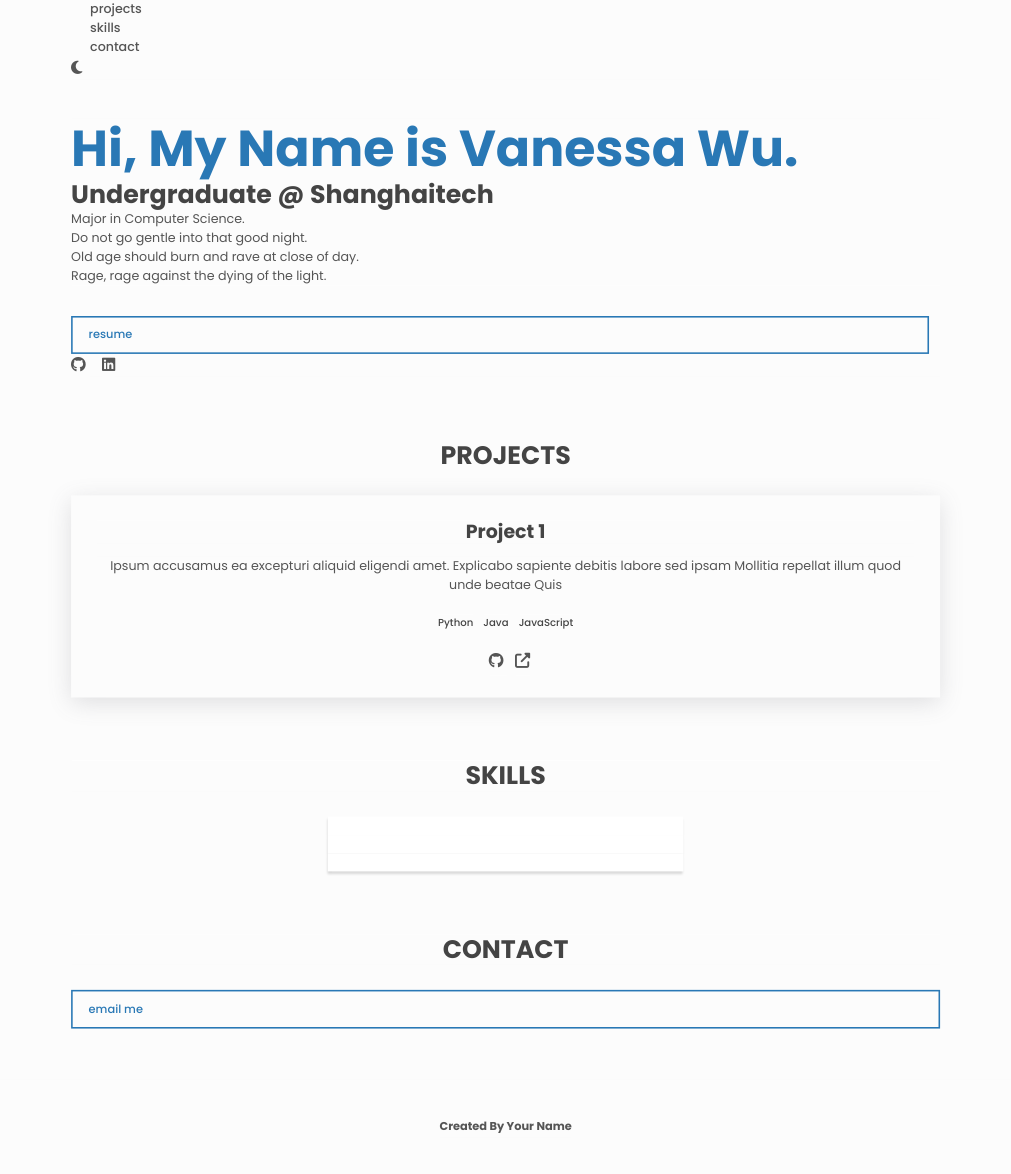
Repository: indiansummer1022/Cubstart
Page: Web Track/hw1/index.html
The author's editor kept a copy of each file at every save. The page is drawn from the files as they stood at one save, then again after the next save.
The browser window is 1280 px wide. The pictures show the whole page, at 79% of full size.
Some web libraries are served in a nearby version.

Above is the page before, as saved 2022-02-15 21:20:28.

After the next save:
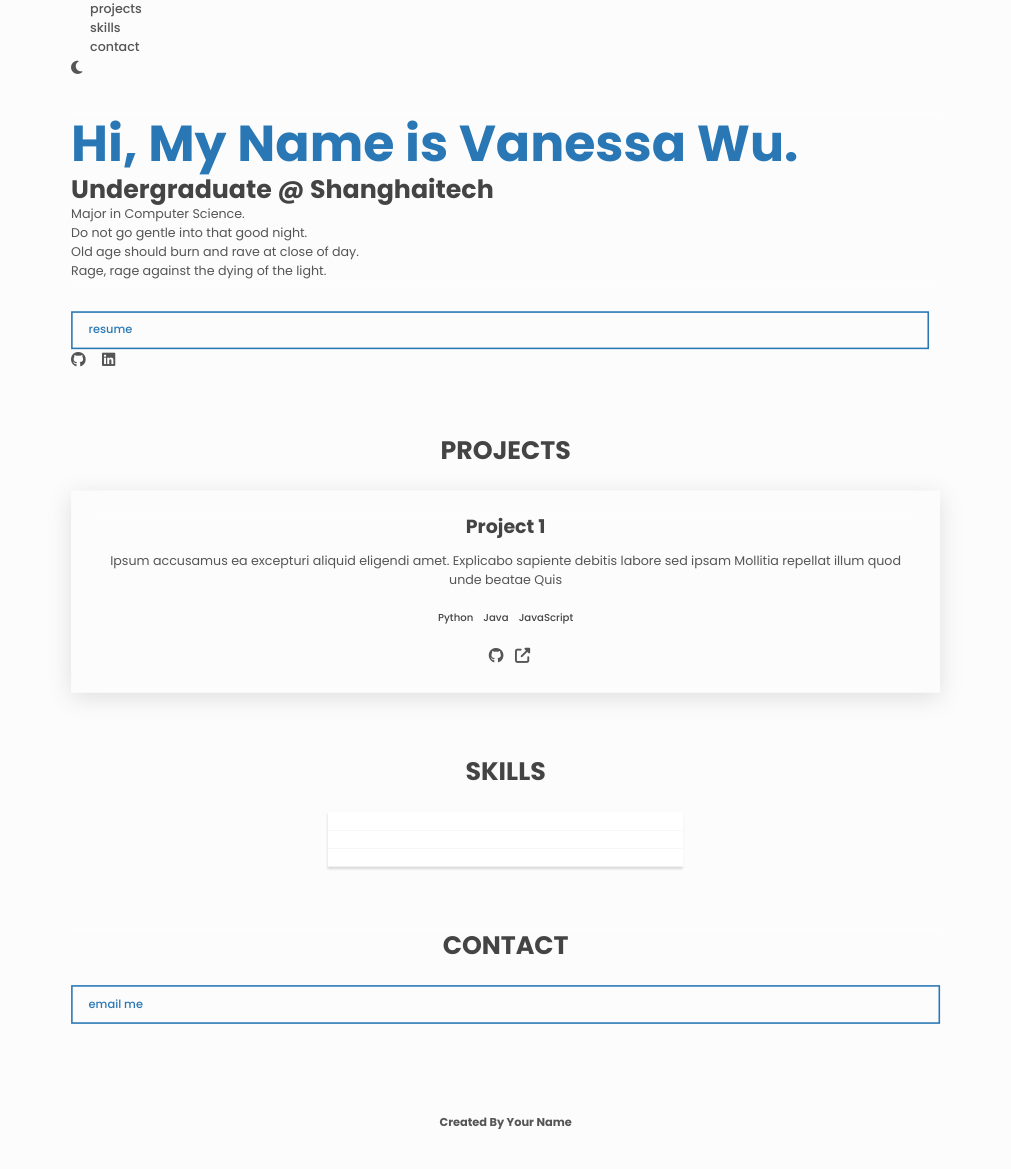
Saved 10 s later.
--- a/Web Track/hw1/styles.css
+++ b/Web Track/hw1/styles.css
@@ -264,7 +264,7 @@ main {
 
 .about {
   flex-direction: column;
-  margin-top: 2%;
+  margin-top: 1em;
 }
 
 /* END PART 7 */
